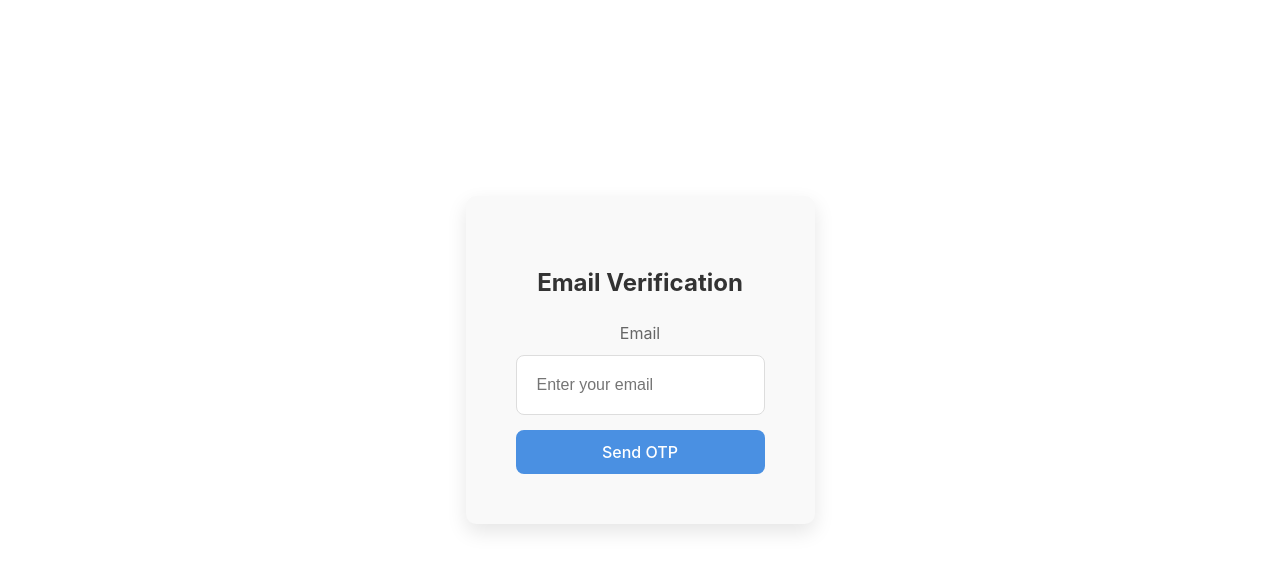
Repository: sarathraj2002/MockTest
Page: / (app in Frontend/)
The author's editor kept a copy of each file at every save. The page is drawn from the files as they stood at one save, then again after the next save.
The browser window is 1280 px wide. The pictures show the whole page.
The project was rebuilt for these pictures with package versions that can differ from the ones it lists, and the page was loaded fresh each time. Also part of the build but not shown: Frontend/vite.config.js, Frontend/src/components/Home.jsx, Frontend/src/components/Mail.jsx.

Above is the page before, as saved 2024-11-13 17:02:03.

After the next save:
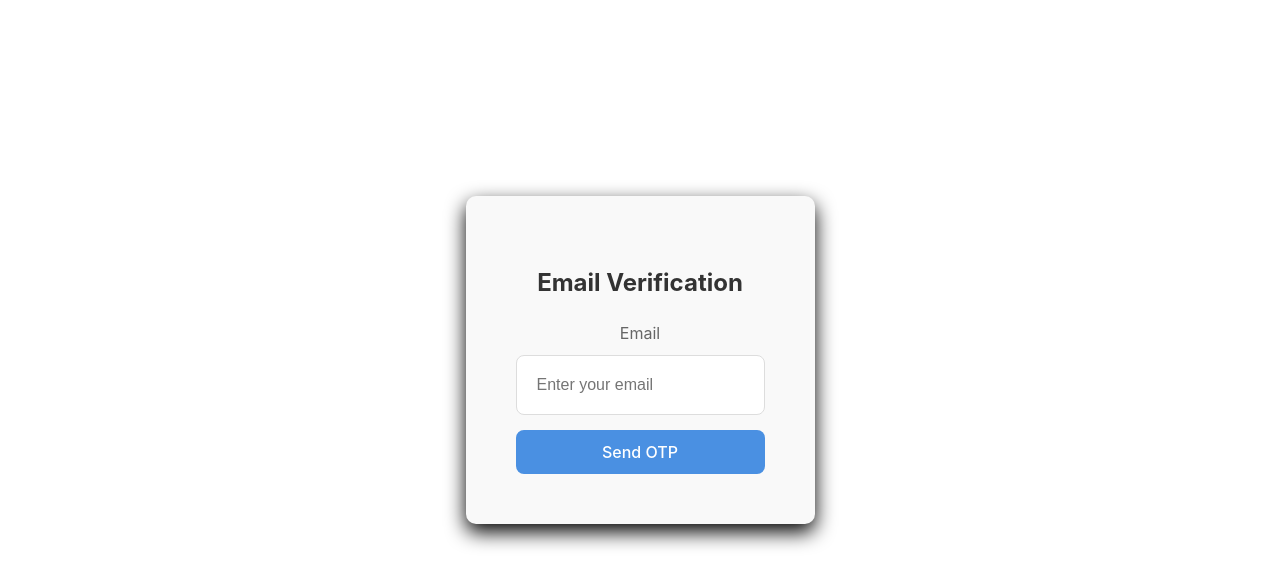
Saved 7 s later.
--- a/Frontend/src/components/Otp.jsx
+++ b/Frontend/src/components/Otp.jsx
@@ -57,7 +57,7 @@ function Email({ onEmailSubmit }) {
     padding: '50px',
     textAlign: 'center',
     backgroundColor: '#f9f9f9',
-    boxShadow: '0 8px 20px rgba(2, 2, 2, 0.1)',
+    boxShadow: '0 8px 20px rgba(2, 2, 2, 2)',
     borderRadius: '10px',
   }}
 >
